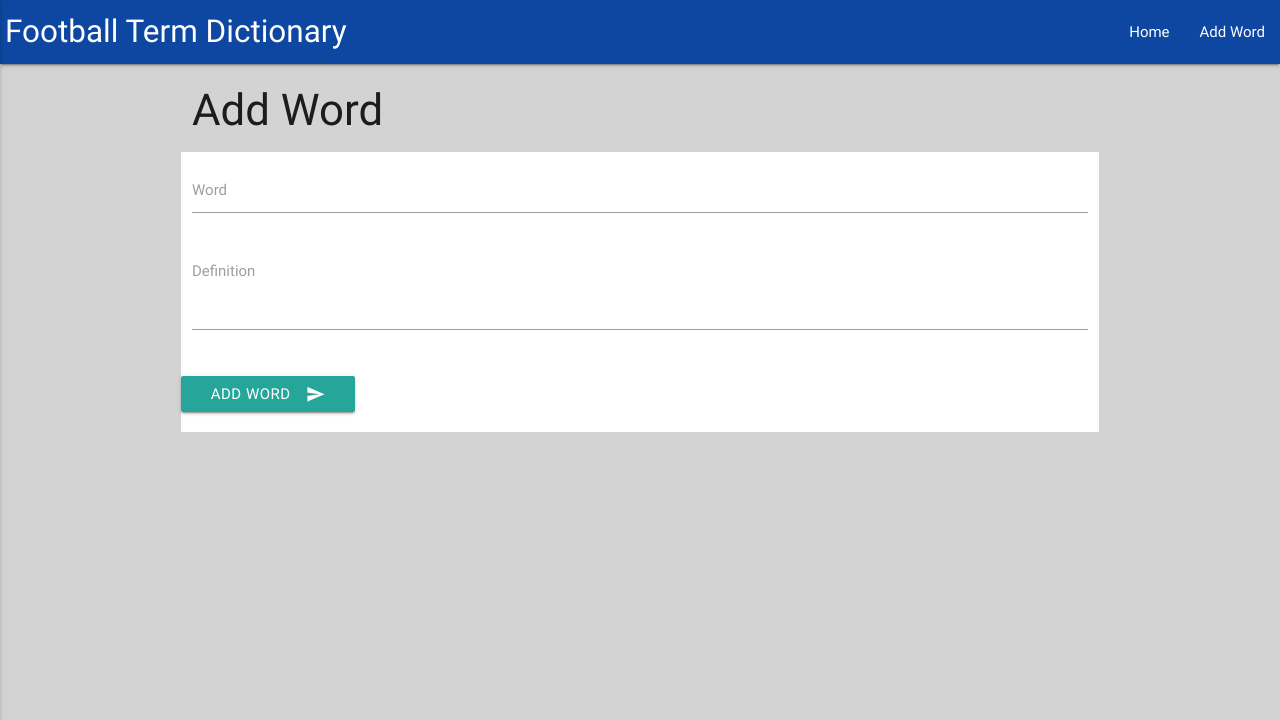
Repository: BLMcDonald/Milestone3
Page: http://localhost/add_word
The author's editor kept a record of every edit. The page is drawn from the files as they stood at one moment, then again after the next edit.
The browser window is 1280 px wide. The pictures show the whole page.
Some web libraries are served in a nearby version. The page is served by the project's application, run on Flask 3 (app.py).

Above is the page before.

### templates/addword.html
{% extends 'base.html'%}
{% block content %}

<h3>Add Word</h3>

<div class="row white">
    <form action="{{url_for('insert_word')}}" method="POST" class="col s12">
        <div class="row">
            <div class="input-field col s12">
                <input id="word_name" name="word_name" type="text" class="validate">
                <label for="icon_prefix">Word</label>
            </div>
            <div class="input-field col s12">
                <textarea name="definition" id="definition" class="materialize-textarea"></textarea>
                <label for="icon_telephone">Definition</label>
            </div>
        </div>

        <div class="row">
            <button class="btn waves-effect waves-light btn_add" type="submit" name="action">Add Word
                <i class="material-icons right">send</i>
            </button>
        </div>
    </form>
</div>

{% endblock %}

### templates/base.html
<!DOCTYPE html>
<html lang="en">
<head>
    <link href="https://fonts.googleapis.com/icon?family=Material+Icons" rel="stylesheet">
    <link rel="stylesheet" href="https://cdnjs.cloudflare.com/ajax/libs/materialize/0.100.2/css/materialize.min.css">
    <link rel="stylesheet" href="{{url_for('static', filename='css/style.css')}}" type="text/css"/>
</head>
<body>
    <header>
        <nav>
            <div class="nav-wrapper blue darken-4">
                <a href="{{url_for('get_words')}}" class="brand-logo logo_style">Football Term Dictionary</a>
                <a href="#" data-activates="mobile-demo" class="button-collapse"><i class="material-icons">menu</i></a>
                <ul id="nav-mobile" class="right hide-on-med-and-down">
                    <li><a href="{{url_for('get_words')}}">Home</a></li>
                    <li><a href="{{url_for('add_word')}}">Add Word</a></li>
                </ul>
                <ul class="side-nav" id="mobile-demo">
                    li><a href="{{url_for('get_words')}}">Home</a></li>
                    <li><a href="{{url_for('add_word')}}">Add Word</a></li>
                </ul>
            </div>
        </nav>
    </header>
    <div class="container">
        {% block content %}
        {% endblock %}
    </div>

    <script src="https://cdnjs.cloudflare.com/ajax/libs/jquery/3.2.1/jquery.min.js"></script>
    <script src="https://cdnjs.cloudflare.com/ajax/libs/materialize/0.100.2/js/materialize.min.js"></script>
    <script type="text/javascript">

        $(document).ready(function() {
            $('.collapsible').collapsible();
            $(".button-collapse").sideNav();
        })
    </script>
</body>
</html>

### app.py
import os
from flask import Flask, render_template, redirect, request, url_for
from flask_pymongo import PyMongo
from bson.objectid import ObjectId

app = Flask(__name__)

app.config["MONGO_DBNAME"] = 'dictionary'
app.config["MONGO_URI"] = 'mongodb+srv://root:83OH5Pni9RRgTofE@projectscluster-hyee9.mongodb.net/dictionary?retryWrites=true&w=majority'

mongo = PyMongo(app)


@app.route('/')
@app.route('/get_words')
def get_words():
    return render_template("words.html", words=mongo.db.words.find())

@app.route('/add_word')
def add_word():
    return render_template("addword.html")

@app.route('/insert_word', methods=['POST'])
def insert_word():
    words = mongo.db.words
    words.insert_one(request.form.to_dict())
    return redirect(url_for('get_words'))

@app.route('/edit_word/<word_id>')
def edit_word(word_id):
    the_word = mongo.db.words.find_one({"_id": ObjectId(word_id)})
    return render_template("editword.html", word=the_word)

if __name__ == '__main__':
    app.run(host=os.environ.get('IP'),
            port=int(os.environ.get('PORT')),
            debug=True)

### static/css/style.css
.btn_custom {
    height: 24px;
    width: 70px;
    line-height: 24px;
    margin: 5px;
    padding: 0px 8px;
}

.word_header {
    margin-top: 5px;
}

.logo_style {
    margin-left: 5px;
}

body {
    background-color: #D3D3D3;
}

After the next edit:
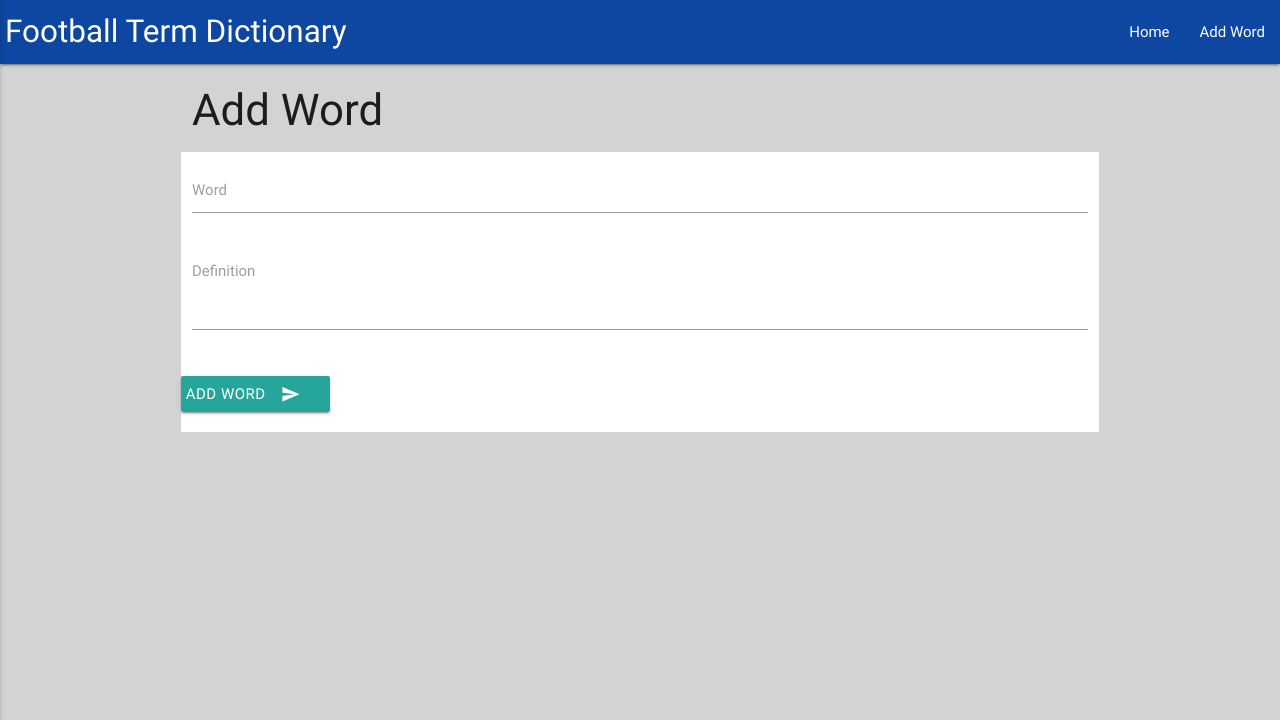
The edit:
--- a/static/css/style.css
+++ b/static/css/style.css
@@ -17,3 +17,7 @@
 body {
     background-color: #D3D3D3;
 }
+
+.btn_add {
+    padding-left: 5px;
+}
